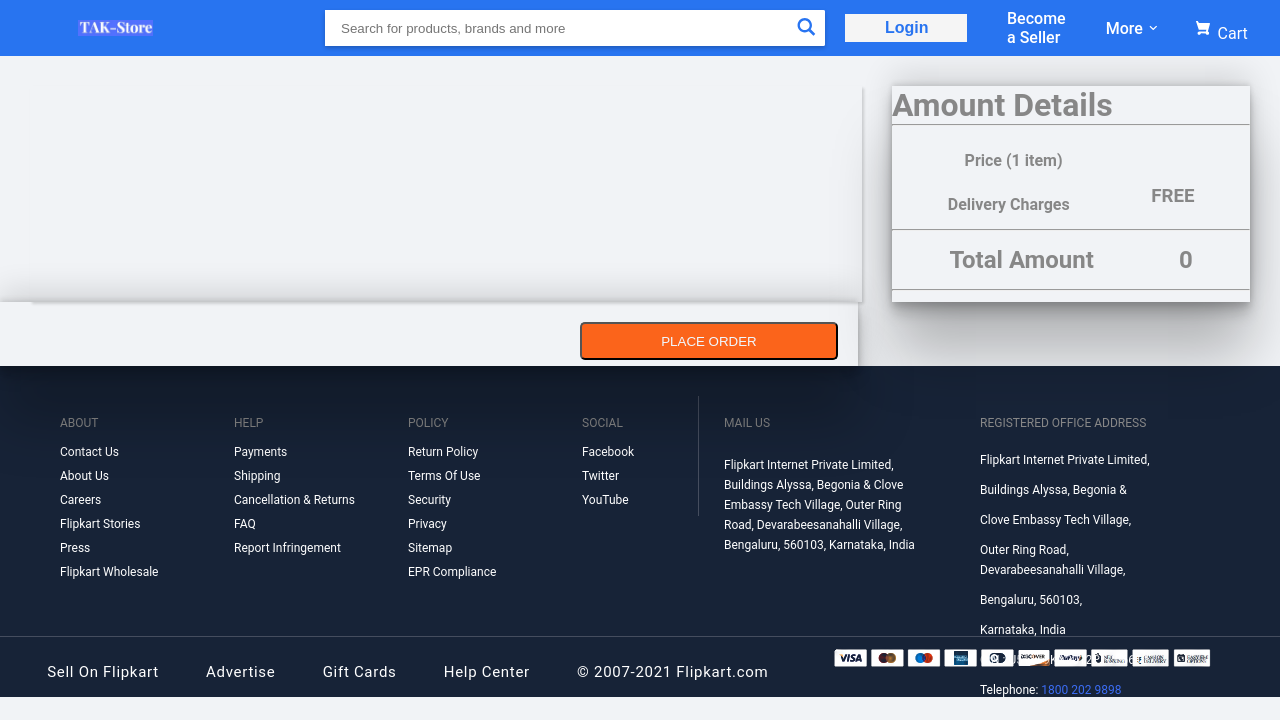
Repository: MSaifKhan01/TAK-Store
Page: PROJECT_Front/addTocart.html
These files come from the project's save history. The page is drawn as it stood at one moment and after the next save; the edit follows.
The browser window is 1280 px wide. The pictures show the whole page.
The page's requests for data from a server got no answer.

Above is the page before, as saved 2023-07-22 01:21:44.

After the next save:
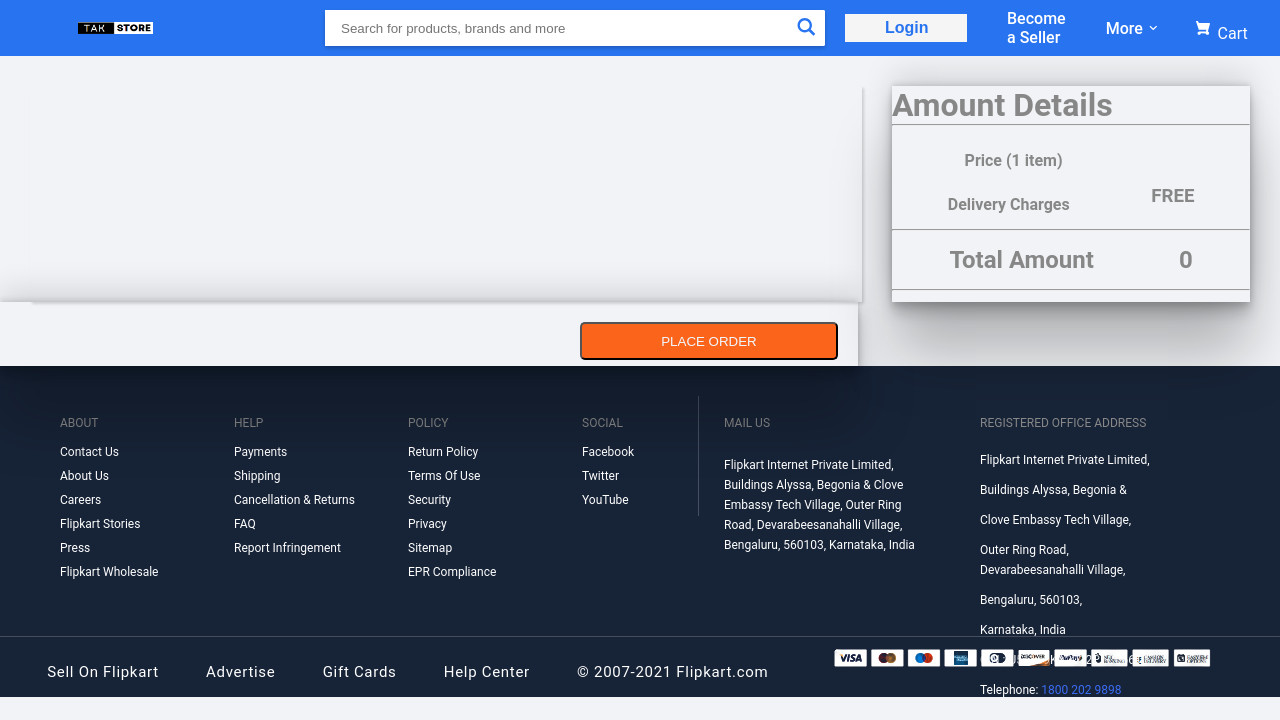
Saved 74 s later.
--- a/PROJECT_Front/addTocart.html
+++ b/PROJECT_Front/addTocart.html
@@ -7,6 +7,7 @@
     <meta name="viewport" content="width=device-width, initial-scale=1.0" />
     <title>Cart Page</title>
     <link rel="stylesheet" type="text/css" href="./CSS/addToCart.css">
+    <link rel="stylesheet" type="text/css" href="./CSS/Index.css">
     <style>
 
     </style>
@@ -20,12 +21,12 @@
     <header>
         <div class="nav-container">
             <div class="logo">
-                <img src="./flipkart images/TAK_store4.jpg" alt="logo">
+                <img src="./flipkart images/Tak_logo.png"
+                    alt="logo">
             </div>
             <div class="search">
                 <div class="search-container">
-                    <input id="searcBox" type="text" class="search-box"
-                        placeholder="Search for products, brands and more">
+                    <input id="searcBox" type="text" class="search-box" placeholder="Search for products, brands and more">
                     <button id="searchBtn" class="search-btn">
                         <svg width="20" height="20" viewBox="0 0 17 18" class="" xmlns="http://www.w3.org/2000/svg">
                             <g fill="#2874F1" fill-rule="evenodd">
@@ -43,7 +44,7 @@
             <div class="login">
                 <div class="dropdown">
                     <!-- onclick="myFunction()" -->
-                    <button class="dropbtn">Login</button>
+                    <button  class="dropbtn">Login</button>
                     <div id="myDropdown" class="dropdown-content">
                         <a href="login.html">Login</a>
                         <a href="signup.html">Register</a>
@@ -71,8 +72,7 @@
                         d="M15.32 2.405H4.887C3 2.405 2.46.805 2.46.805L2.257.21C2.208.085 2.083 0 1.946 0H.336C.1 0-.064.24.024.46l.644 1.945L3.11 9.767c.047.137.175.23.32.23h8.418l-.493 1.958H3.768l.002.003c-.017 0-.033-.003-.05-.003-1.06 0-1.92.86-1.92 1.92s.86 1.92 1.92 1.92c.99 0 1.805-.75 1.91-1.712l5.55.076c.12.922.91 1.636 1.867 1.636 1.04 0 1.885-.844 1.885-1.885 0-.866-.584-1.593-1.38-1.814l2.423-8.832c.12-.433-.206-.86-.655-.86"
                         fill="#fff"></path>
                 </svg>
-                <p>Cart <span id="span"></span></p>
-
+                <a href="./addTocart.html" style="text-decoration: none;color: white;"><p>Cart <span id="span"></span></p></a>
             </div>
         </div>
     </header>
